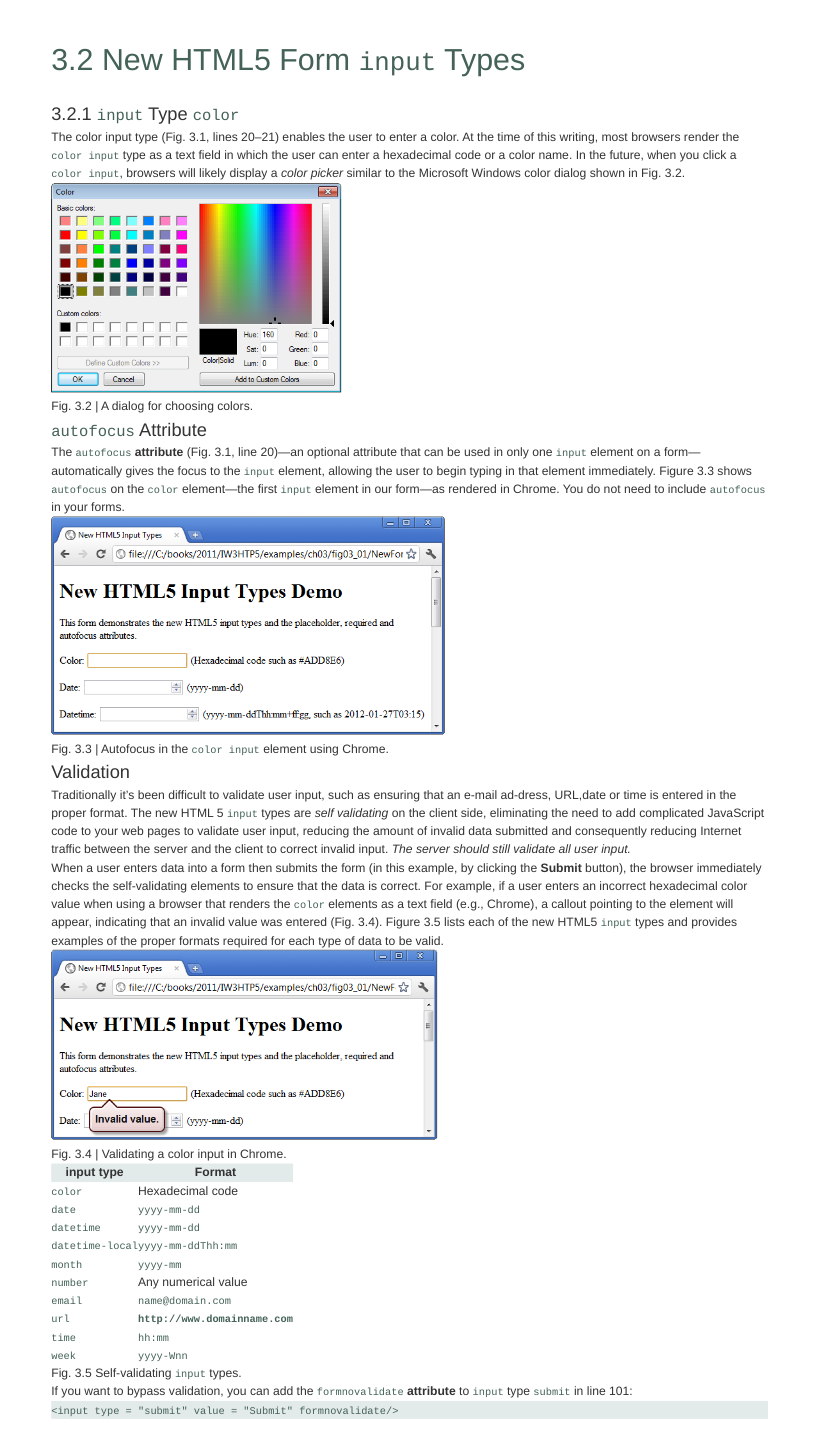
Repository: mlmEFSC21/P4-Textbook-Copy
Page: index.html
The author's editor kept a copy of each file at every save. The page is drawn from the files as they stood at one save, then again after the next save.
The browser window is 1280 px wide. The pictures show the whole page, at 64% of full size.

Above is the page before, as saved 2022-02-03 16:50:12.

### index.html
<!DOCTYPE html>
<html lang="en">
    <head>
        <meta charset="UTF-8" />
        <meta http-equiv="X-UA-Compatible" content="IE=edge" />
        <meta name="viewport" content="width=device-width, initial-scale=1.0" />
        <link rel="stylesheet" href="bookStyles.css" />
        <title>Laying Out Book Pages</title>
    </head>
    <header>
        <h1>
            3.2 New HTML5 Form <code><span class="header1">input</span></code> Types
        </h1>
    </header>
    <body>
        <section class="color-input-type">
            <header>
                <h2>3.2.1 <code>input</code> Type <code>color</code></h2>
            </header>
            <p>
                The color input type (Fig. 3.1, lines 20–21) enables the user to enter a color. At
                the time of this writing, most browsers render the <code>color input</code> type as
                a text field in which the user can enter a hexadecimal code or a color name. In the
                future, when you click a <code>color input</code>, browsers will likely display a
                <em>color picker</em> similar to the Microsoft Windows color dialog shown in Fig.
                3.2.
            </p>
            <figure>
                <img src="images\OperaColorInput.png" alt="Microsoft Windows color dialog" />
                <figcaption>Fig. 3.2 | A dialog for choosing colors.</figcaption>
            </figure>
        </section>
        <section class="autofocus-attribute">
            <header>
                <h2><code>autofocus</code> Attribute</h2>
            </header>
            <p>
                The <code>autofocus</code> <strong>attribute</strong> (Fig. 3.1, line 20)—an
                optional attribute that can be used in only one <code>input</code> element on a
                form—automatically gives the focus to the <code>input</code> element, allowing the
                user to begin typing in that element immediately. Figure 3.3 shows
                <code>autofocus</code> on the <code>color</code> element—the first
                <code>input</code> element in our form—as rendered in Chrome. You do not need to
                include <code>autofocus</code> in your forms.
            </p>
            <figure>
                <img
                    src="images\Autofocus.png"
                    alt="web page demo of autofocus on a color input field"
                />
                <figcaption>
                    Fig. 3.3 | Autofocus in the <code>color input</code> element using Chrome.
                </figcaption>
            </figure>
        </section>
        <section class="input-validation">
            <header>
                <h2>Validation</h2>
            </header>
            <p>
                Traditionally it’s been difficult to validate user input, such as ensuring that an
                e-mail ad-dress, URL,date or time is entered in the proper format. The new HTML 5
                <code>input</code> types are <em>self validating</em> on the client side,
                eliminating the need to add complicated JavaScript code to your web pages to
                validate user input, reducing the amount of invalid data submitted and consequently
                reducing Internet traffic between the server and the client to correct invalid
                input. <em>The server should still validate all user input.</em>
            </p>
            <p>
                When a user enters data into a form then submits the form (in this example, by
                clicking the <strong>Submit</strong> button), the browser immediately checks the
                self-validating elements to ensure that the data is correct. For example, if a user
                enters an incorrect hexadecimal color value when using a browser that renders the
                <code>color</code> elements as a text field (e.g., Chrome), a callout pointing to
                the element will appear, indicating that an invalid value was entered (Fig. 3.4).
                Figure 3.5 lists each of the new HTML5 <code>input</code> types and provides
                examples of the proper formats required for each type of data to be valid.
            </p>
            <figure>
                <img
                    src="images\SelfValidationChrome.png"
                    alt="web page demo of validation preventing a non color input into a color input field"
                />
                <figcaption>Fig. 3.4 | Validating a color input in Chrome.</figcaption>
            </figure>
        </section>
        <section class="self-validating-types">
            <figure>
                <table class="validation-table">
                    <thead>
                        <th>input type</th>
                        <th>Format</th>
                    </thead>
                    <tr>
                        <td><code>color</code></td>
                        <td>Hexadecimal code</td>
                    </tr>
                    <tr>
                        <td><code>date</code></td>
                        <td><code>yyyy-mm-dd</code></td>
                    </tr>
                    <tr>
                        <td><code>datetime</code></td>
                        <td><code>yyyy-mm-dd</code></td>
                    </tr>
                    <tr>
                        <td><code>datetime-local</code></td>
                        <td><code>yyyy-mm-ddThh:mm</code></td>
                    </tr>
                    <tr>
                        <td><code>month</code></td>
                        <td><code>yyyy-mm</code></td>
                    </tr>
                    <tr>
                        <td><code>number</code></td>
                        <td>Any numerical value</td>
                    </tr>
                    <tr>
                        <td><code>email</code></td>
                        <td><code>name@domain.com</code></td>
                    </tr>
                    <tr>
                        <td><code>url</code></td>
                        <td>
                            <a href="http://www.domainname.com"
                                ><code>http://www.domainname.com</code></a
                            >
                        </td>
                    </tr>
                    <tr>
                        <td><code>time</code></td>
                        <td><code>hh:mm</code></td>
                    </tr>
                    <tr>
                        <td><code>week</code></td>
                        <td><code>yyyy-Wnn</code></td>
                    </tr>
                </table>
                <figcaption>Fig. 3.5 Self-validating <code>input</code> types.</figcaption>
            </figure>
            <aside>
                <p>
                    If you want to bypass validation, you can add the <code>formnovalidate</code>
                    <strong>attribute</strong> to <code>input</code> type <code>submit</code> in
                    line 101:
                </p>
                <div class="form-no-val">
                    <code>&lt;input type = "submit" value = "Submit" formnovalidate/&gt;</code>
                </div>
            </aside>
        </section>
    </body>
</html>

### bookStyles.css
:root {
    --clr-prime: #;
    --clr-background-accent: rgba(70, 114, 115, 0.15);
    --clr-font-links: #275b8a;
    --clr-font-prime: #333;
    --clr-font-code: #446256;
    --clr-font-figcap: darkgrey;
    --clr-background: white;
}
*,
*::before,
*::after {
    margin: 0;
    padding: 0;
    box-sizing: border-box;
}
html {
    font-size: 19px;
    font-family: sans-serif;
}
body {
    font-family: "Helvetica Neue", Helvetica, Arial, "Lucida Grande", sans-serif;
    margin: 57px 0;
    padding: 0 80px;
    padding: auto;
    line-height: 1.5;
    background-color: var(--clr-background);
    color: var(--clr-font-prime);
}
h1 {
    font-size: 2.5em;
    margin-top: 1.15em;
    margin-bottom: 0.6em;
    font-style: normal;
    font-weight: 300;
    line-height: 1.5;
}
h2 {
    font-weight: normal;
}
h1,
code {
    color: var(--clr-font-code);
}
code {
    font-family: Courier, "Courier New", monospace;
    font-size: 0.85em;
}
table {
    border-collapse: collapse;
}
a {
    color: var(--clr-font-links);
    text-decoration: none;
    font-weight: 700;
    cursor: pointer;
}
th,
div {
    background-color: var(--clr-background-accent);
}
.code-heavy {
    background-color: hotpink;
}

After the next save:
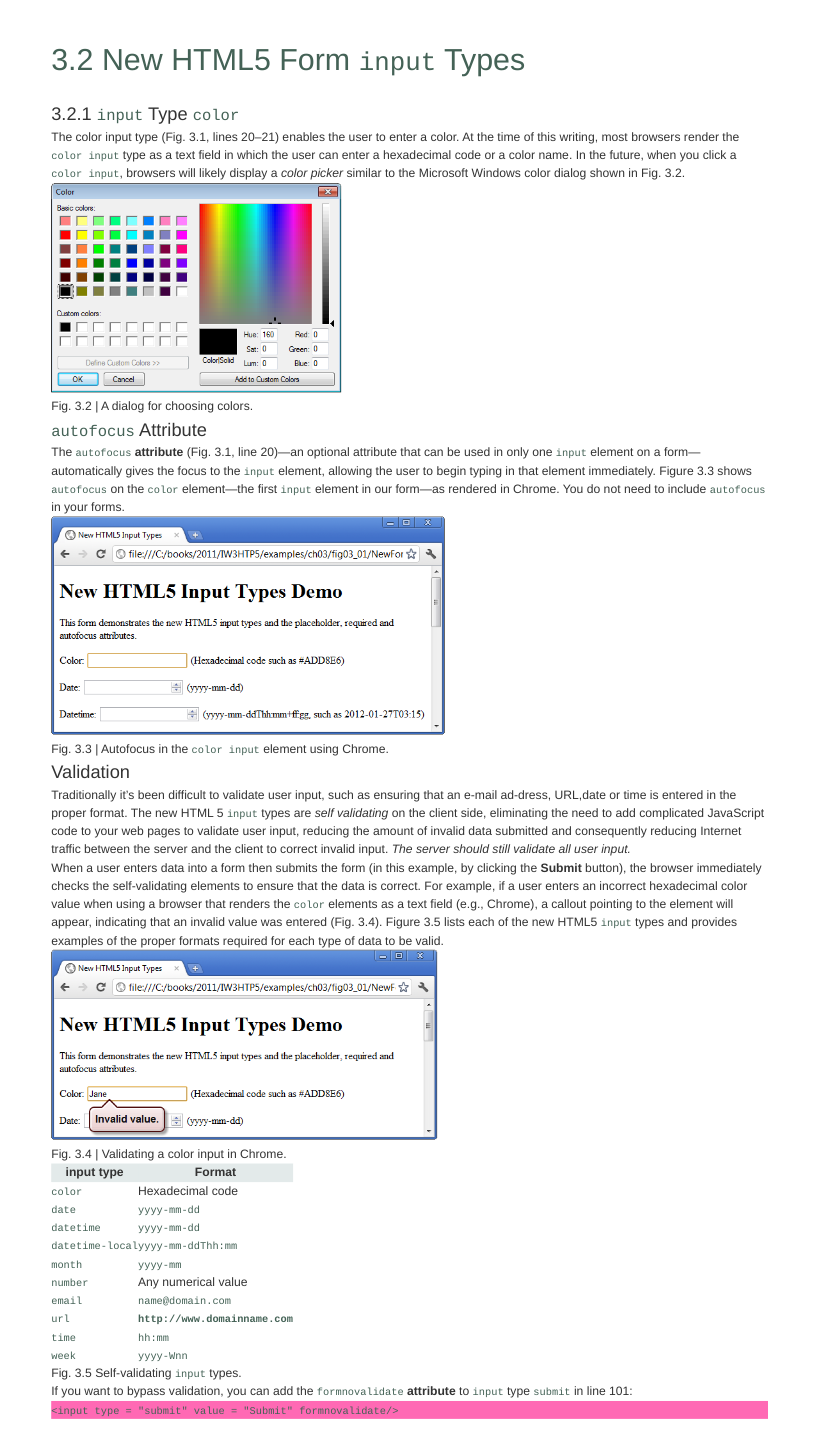
Saved 55 s later.
--- a/index.html
+++ b/index.html
@@ -144,7 +144,7 @@
                     <strong>attribute</strong> to <code>input</code> type <code>submit</code> in
                     line 101:
                 </p>
-                <div class="form-no-val">
+                <div class="form-no-val code-heavy">
                     <code>&lt;input type = "submit" value = "Submit" formnovalidate/&gt;</code>
                 </div>
             </aside>
